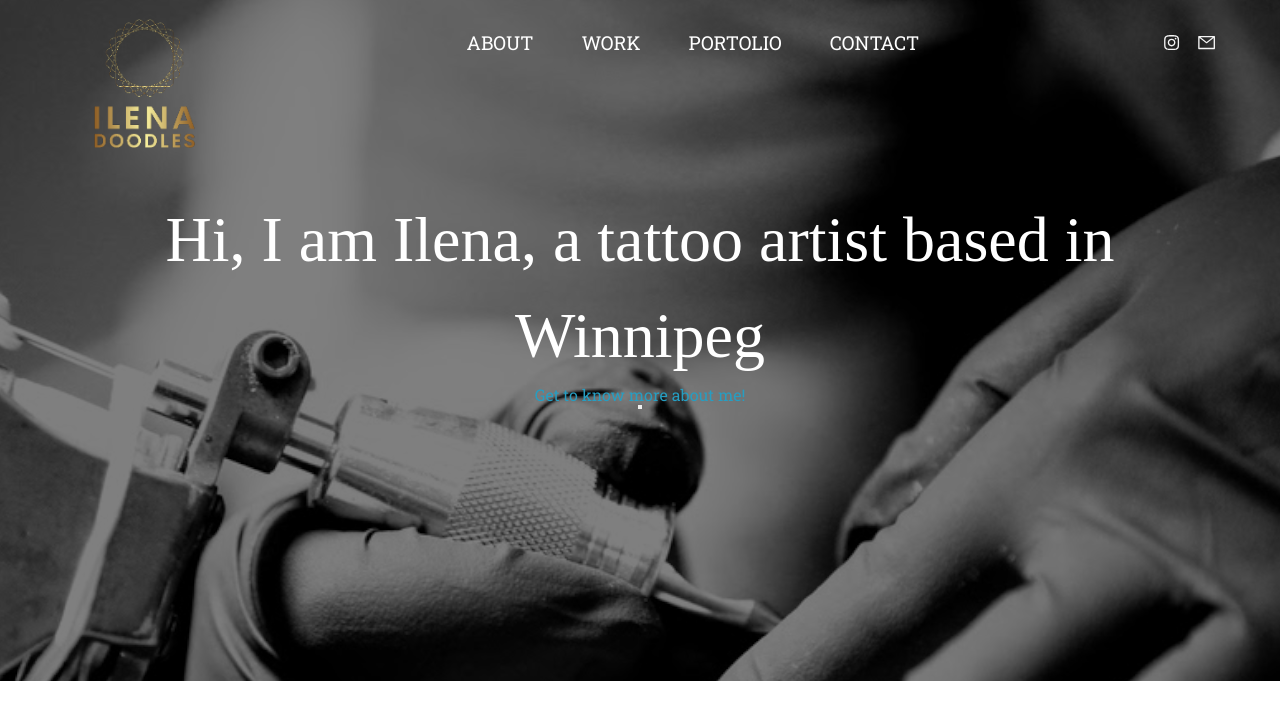
Repository: Leoka2000/Ilena
Page: /
These files come from the project's save history. The page is drawn as it stood at one moment and after the next save; the edit follows.
The browser window is 1280 px wide. The pictures show the whole page.
Some web fonts or font styles are not loaded; a fallback is used. The project was rebuilt for these pictures with package versions that can differ from the ones it lists, and the page was loaded fresh each time. Also part of the build but not shown: src/App.css.

Above is the page before, as saved 2023-03-02 11:21:23.

### public/index.html
<!DOCTYPE html>
<html lang="en">
  <head>
    <meta charset="utf-8" />
    <link rel="icon" href="%PUBLIC_URL%/favicon.ico" />
    <meta name="viewport" content="width=device-width, initial-scale=1" />
    <meta name="theme-color" content="#000000" />
    <meta
      name="description"
      content="Web site created using create-react-app"
    />
    <link rel="apple-touch-icon" href="%PUBLIC_URL%/logo192.png" />
    <!--
      manifest.json provides metadata used when your web app is installed on a
      user's mobile device or desktop. See https://developers.google.com/web/fundamentals/web-app-manifest/
    -->

    <!-- Gloock -->
    <link rel="preconnect" href="https://fonts.googleapis.com">
<link rel="preconnect" href="https://fonts.gstatic.com" crossorigin>
<link href="https://fonts.googleapis.com/css2?family=Fira+Sans+Extra+Condensed:wght@300&family=Inter:wght@300;400;500;600;700&family=Roboto+Condensed:wght@300&family=Roboto+Slab:wght@400;500;600&display=swap" rel="stylesheet">
    <!-- Gloock -->
    <!-- FONT MULISH -->
    <link rel="preconnect" href="https://fonts.googleapis.com">
<link rel="preconnect" href="https://fonts.gstatic.com" crossorigin>
<link href="https://fonts.googleapis.com/css2?family=Fira+Sans+Extra+Condensed:wght@300&family=Inter:wght@300;400;500;600;700&family=Roboto+Condensed:wght@300&family=Roboto+Slab:wght@400;500;600&display=swap" rel="stylesheet">
    <!-- FONT MULISH -->
    <link rel="manifest" href="%PUBLIC_URL%/manifest.json" />
    <!--
      Notice the use of %PUBLIC_URL% in the tags above.
      It will be replaced with the URL of the `public` folder during the build.
      Only files inside the `public` folder can be referenced from the HTML.

      Unlike "/favicon.ico" or "favicon.ico", "%PUBLIC_URL%/favicon.ico" will
      work correctly both with client-side routing and a non-root public URL.
      Learn how to configure a non-root public URL by running `npm run build`.
    -->
    <title>React App</title>
  </head>
  <body>
    <noscript>You need to enable JavaScript to run this app.</noscript>
    <div id="root"></div>
    <!--
      This HTML file is a template.
      If you open it directly in the browser, you will see an empty page.

      You can add webfonts, meta tags, or analytics to this file.
      The build step will place the bundled scripts into the <body> tag.

      To begin the development, run `npm start` or `yarn start`.
      To create a production bundle, use `npm run build` or `yarn build`.
    -->
  </body>
</html>

### src/App.js
import Home from './pages/home/home'
import './App.css';
import Navbar from './components/navbar';

function App() {
  return (
    <>
      <Navbar/>
    <Home/>
    </>
  );
}

export default App;

### src/pages/home/home.js
import React from 'react'
import Hero from '../hero/hero'


const home = () => {
  return (
    <>
      <Hero/>
    </>
  )
}

export default home

### src/components/navbar.jsx
import React, { useRef, useState } from 'react'
import './navbar.css'
import { AiOutlineInstagram } from 'react-icons/ai'
import { AiOutlineMail } from 'react-icons/ai'
import Logo from '../assets/brand/logo.png'
import { FaBars } from 'react-icons/fa'
import { FaTimes } from 'react-icons/fa'
import { Link } from 'react-scroll'

const Navbar = () => {
  const navRef = useRef();

  const showNavbar = () => {
    navRef.current.classList.toggle("responsive_nav");
  };

  return (
    <div className='navbar-renderer'>
      <nav ref={navRef}>
        <img src={Logo} />
        <ul>
          <li><Link onClick={showNavbar} spy={true} smooth={true} offset={100} duration={500}>ABOUT</Link></li>
          <li><Link onClick={showNavbar} spy={true} smooth={true} offset={100} duration={500}>WORK</Link></li>
          <li><Link onClick={showNavbar} spy={true} smooth={true} offset={100} duration={500}>PORTOLIO</Link></li>
          <li><Link onClick={showNavbar} spy={true} smooth={true} offset={100} duration={500}>CONTACT</Link></li>
        </ul>
        <div className='navbar-icons-wrapper'>
          <a><AiOutlineInstagram /></a>
          <a><AiOutlineMail /></a>
        </div>
        <button
          className="close"
          onClick={showNavbar}>
          <FaTimes />
        </button>
      </nav>

      <button onClick={showNavbar} className='bars-button'>
        <FaBars className='bars' />
      </button>
    </div>
  )
}

export default Navbar

### src/pages/hero/hero.js
import React from 'react'
import './hero.css'

const hero = () => {
  return (
    <section className='hero-section'>
      <h1>Hi, I am Ilena, a tattoo artist based in Winnipeg</h1>
      <p>Get to know more about me!</p>
      <button></button>
    </section>
  )
}

export default hero

### src/components/navbar.css
.navbar-renderer {
    display: flex;
    justify-content: center;
    position: fixed;
    width: 100%;
    z-index: 1;
}
nav {
    display: flex;
    height: 85px;
background-color: transparent;
justify-content: space-between;
align-items: center;
width: 90%;
font-family: 'Fira Sans Extra Condensed', sans-serif;
font-family: 'Inter', sans-serif;
font-family: 'Roboto Condensed', sans-serif;
font-family: 'Roboto Slab', serif;

}
nav > img {
width: 10rem;
height: 10rem;
margin-top: 5rem;
}

nav > ul {
    display: flex;
    gap: 3rem;
    font-size: 1.2rem;
    color: white;
}
nav > ul > li:hover {
    color: rgb(133, 113, 0);
}
nav > ul > li {
   list-style: none;
   cursor: pointer;
   transition: 0.5s;

}
.navbar-icons-wrapper {
    display: flex;
    color: whitesmoke;
    font-size: 1.2rem;
    gap: 1rem;

}
.navbar-icons-wrapper > a > svg {
    transition: 0.4s;
}
.navbar-icons-wrapper > a > svg:hover {
    cursor: pointer;
    color: rgb(133, 113, 0);
}
.bars-button {
    position: fixed;
    right: 10rem;
    font-size: 2rem;
    background-color: transparent;
    outline: none;
    border: none;
    cursor: pointer;
    display: none;
}
.close {
    display: none;
}
@media only screen and (max-width: 1024px) {
    .bars-button {
        position: fixed;
        right: 1.5em;
        top: 1.5rem;
        font-size: 2rem;
        background-color: transparent;
        outline: none;
        border: none;
        cursor: pointer;
        display: flex;
    }
    .close {
        position: absolute;
		top: 1.5rem;
		right: 1.5rem;
        color: rgb(0, 0, 0);
        background: transparent;
	border: none;
	outline: none;
    display: flex;
    font-size: 1.7rem;
    cursor: pointer;
     }
    .responsive_nav{
		transform: none;
        display: flex;
        justify-content: flex-start;
		width: 100%;


	}
	nav {
        position: fixed;
		top: 0rem;
		left: 0rem;
		height: 100%;
		width: 100%;
		display: flex;
		flex-direction: column;
		align-items: center;
		justify-content: flex-start;
		gap: 2rem;
        text-align: center;
		padding-top: 5rem;
		transition: 0.8s;
		transform: translateY(-200vh);
        color: #677294;
		/* IMPORTANTE */
		background-color: rgb(206, 206, 206);
        z-index: 50;
	/* aqui que a magica acontece, esse é mt importante */
	}
}

### src/pages/hero/hero.css
.hero-section {
  position: relative;
  padding: 12rem 0 17rem 0;
  background-image: url('../../assets/brand/hero-img.png');
  object-fit: contain;
  background-position: top;
  background-attachment: scroll;
  z-index: -1;
  display: flex;
  justify-content: center;
  flex-direction: column;
  align-items: center;
  text-align: center;
  color: white;
}

.hero-section::before {
  content: "";
  position: absolute;
  top: 0;
  left: 0;
  width: 100%;
  height: 100%;
  background-color: rgba(0, 0, 0, 0.5); /* adjust the opacity as needed */
  filter: brightness(0.7); /* apply the filter to the overlay */
  z-index: -1;
}

.hero-section > h1 {
  font-family: 'Gloock', serif;
  font-size: 4rem;
  width: 80%;
  filter: brightness(100%);
  color: rgb(255, 255, 255);
  line-height: 1.5;
}

.hero-section > p {
  color: rgb(38, 158, 194);

font-family: 'Roboto Slab', serif;
}

Loaded but not shown: src/index.js (common file); src/index.css (common file)

After the next save:
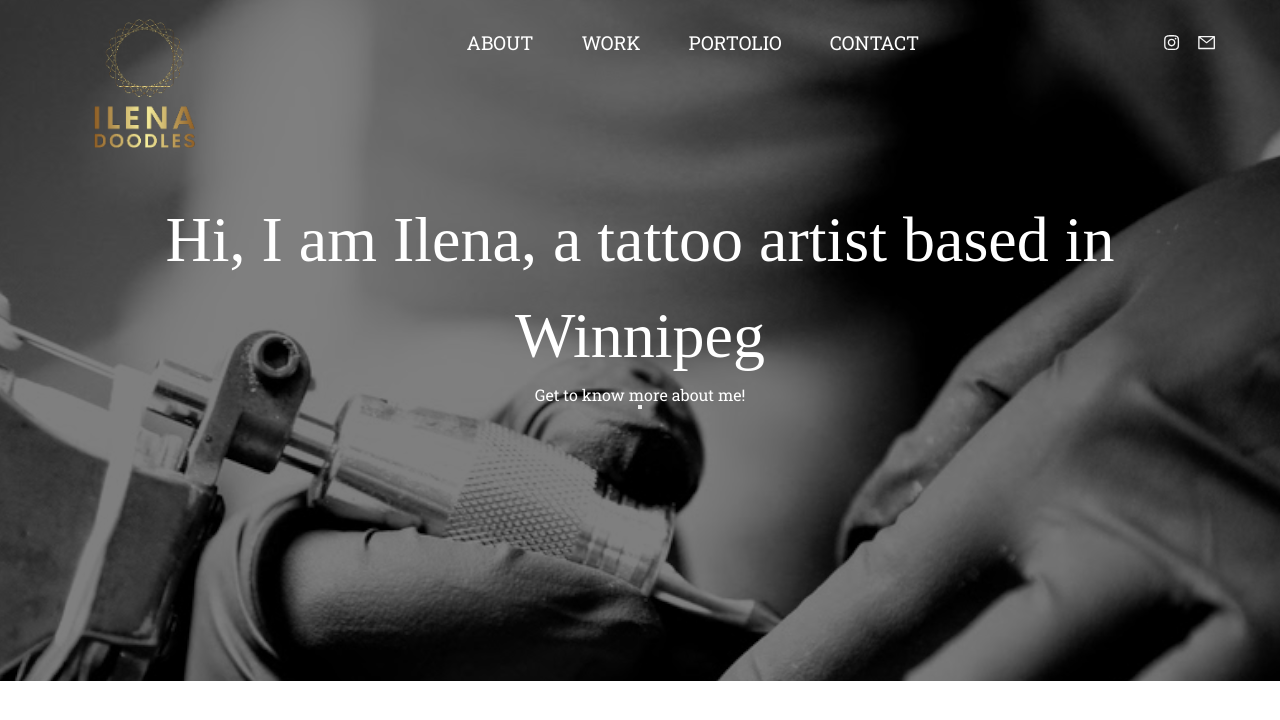
Saved 42 s later.
--- a/src/pages/hero/hero.css
+++ b/src/pages/hero/hero.css
@@ -36,7 +36,8 @@
 }
 
 .hero-section > p {
-  color: rgb(38, 158, 194);
+  color: rgb(255, 255, 255);
 
 font-family: 'Roboto Slab', serif;
+
 }
